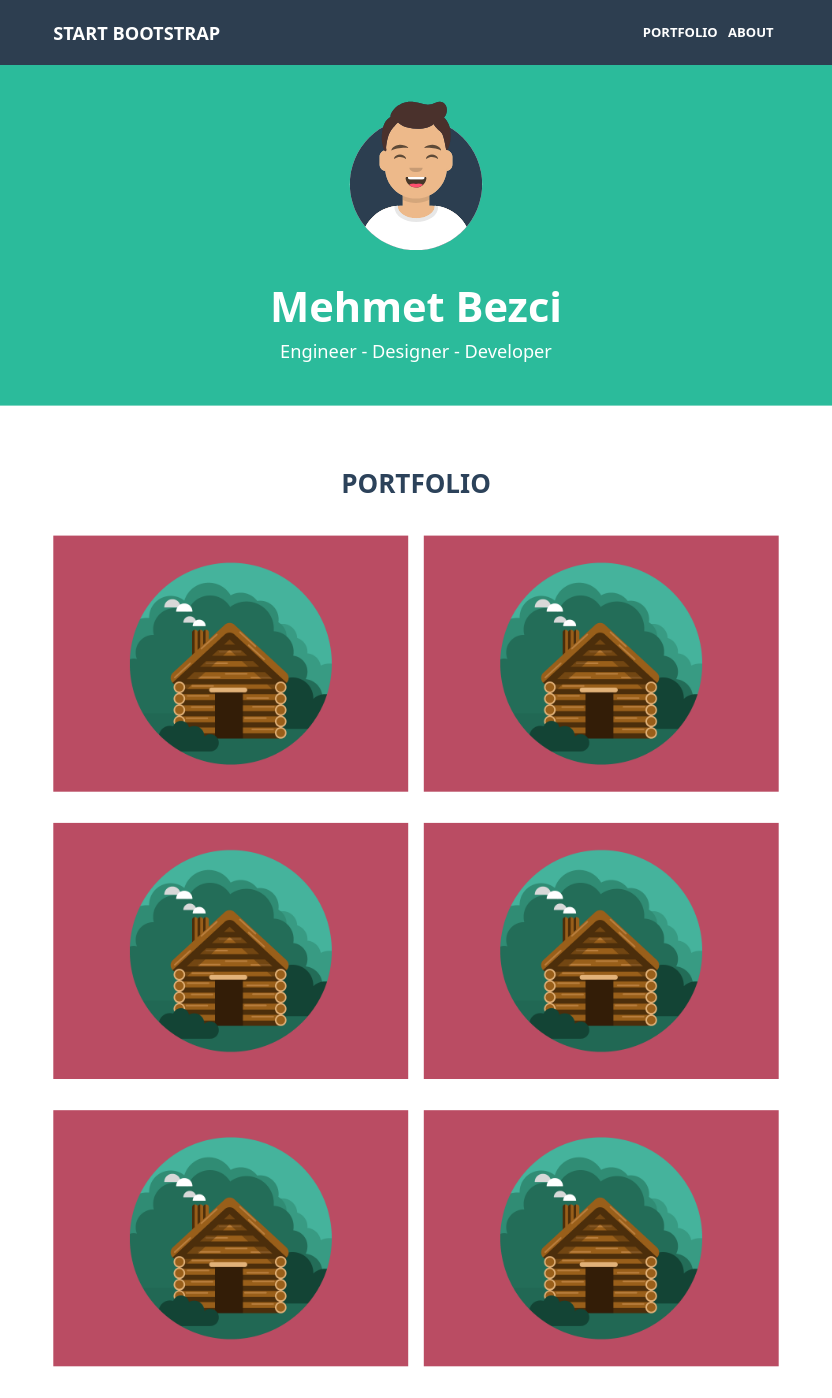
Repository: 7JaxeN7/WT-1255P-Mehmet_BEZC-
Page: index.html
The author's editor kept a copy of each file at every save. The page is drawn from the files as they stood at one save, then again after the next save.
The browser window is 1280 px wide. The pictures show the whole page, at 65% of full size.

Above is the page before, as saved 2025-01-06 21:36:45.

After the next save:
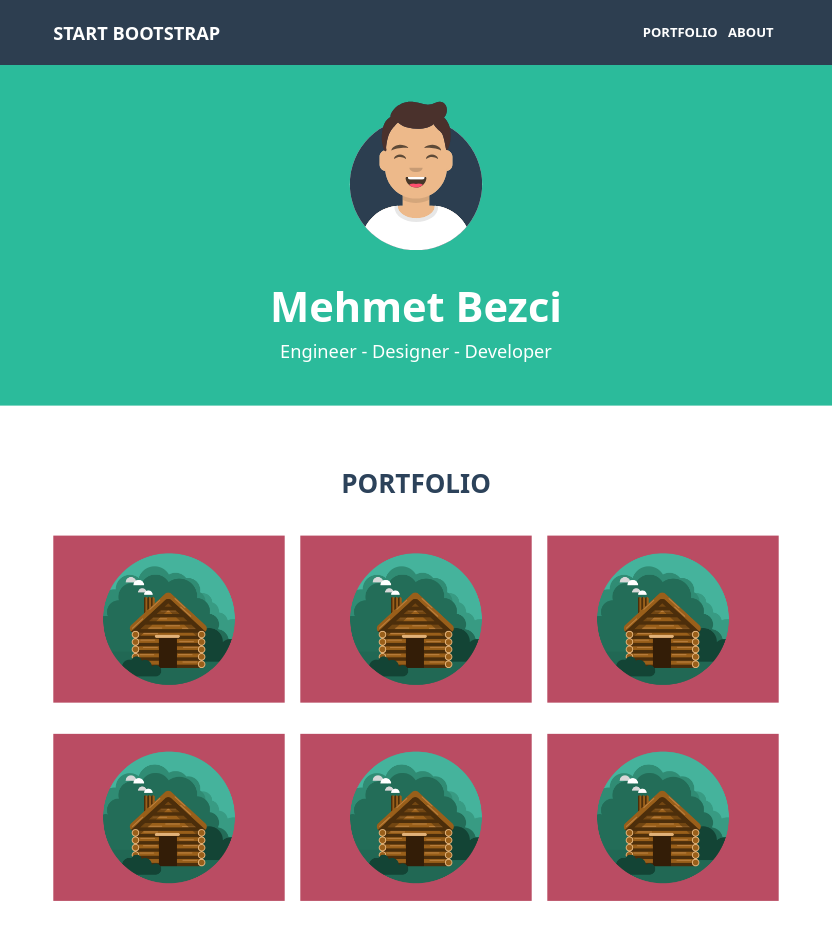
Saved 4 min 48 s later.
--- a/index.html
+++ b/index.html
@@ -46,22 +46,22 @@
       <h2 class="text-center mt-5 pt-5 pb-5 fs-1 fw-semibold portfolio-tittle">PORTFOLIO</h2>
       <div class="container">
         <div class="row">
-          <div class="col-12 col-md-6 mb-5">
+          <div class="col-12 col-md-6 col-lg-4 mb-5">
             <img src="/assets/img/cabin.png" class="img-fluid">
           </div>
-          <div class="col-12 col-md-6 mb-5">
+          <div class="col-12 col-md-6 col-lg-4 mb-5">
             <img src="/assets/img/cabin.png" class="img-fluid">
           </div>
-          <div class="col-12 col-md-6 mb-5">
+          <div class="col-12 col-md-6 col-lg-4 mb-5">
             <img src="/assets/img/cabin.png" class="img-fluid">
           </div>
-          <div class="col-12 col-md-6 mb-5">
+          <div class="col-12 col-md-6 col-lg-4 mb-5">
             <img src="/assets/img/cabin.png" class="img-fluid">
           </div>
-          <div class="col-12 col-md-6 mb-5">
+          <div class="col-12 col-md-6 col-lg-4 mb-5">
             <img src="/assets/img/cabin.png" class="img-fluid">
           </div>
-          <div class="col-12 col-md-6 mb-5">
+          <div class="col-12 col-md-6 col-lg-4 mb-5">
             <img src="/assets/img/cabin.png" class="img-fluid">
           </div>
         </div>
